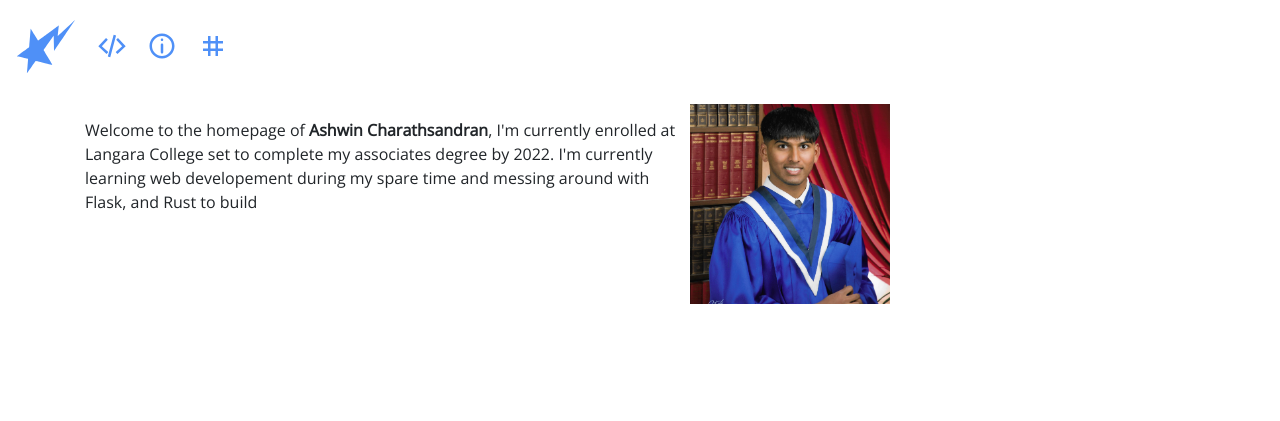
Repository: xxiz/ashwin.lol_flask
Page: http://localhost/
An editor plug-in stored every save of this project. The page is shown before and after the next save, followed by the edit.
The browser window is 1280 px wide. The pictures show the whole page.
The page is served by the project's application, run on Flask 3 (app.py).

Above is the page before, as saved 2021-08-31 17:30:28.

After the next save:
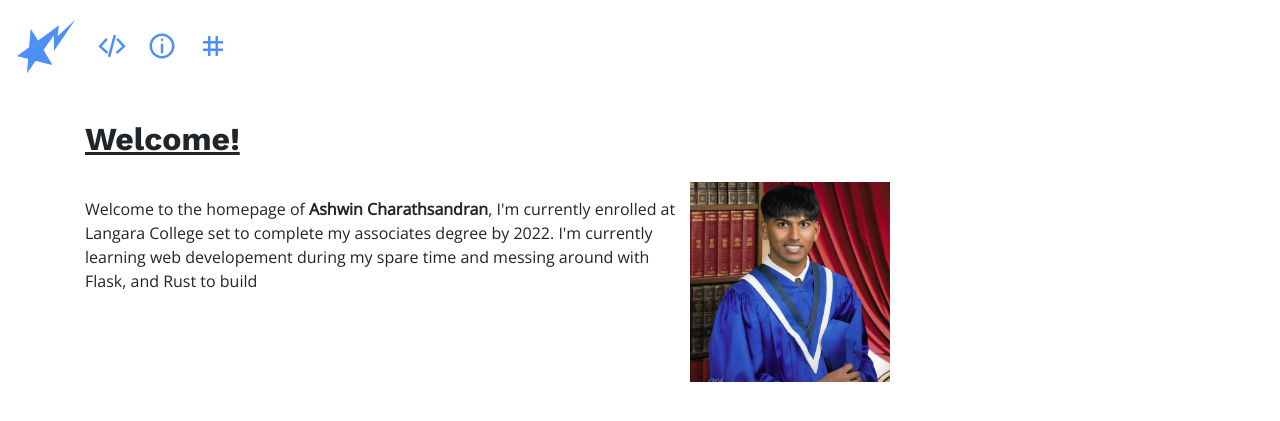
Saved 5 s later.
--- a/templates/index.html
+++ b/templates/index.html
@@ -1,7 +1,7 @@
 {% extends 'base.html'%}
 {% block content %}
 <br>
-    <p class="confined">
-        Welcome to the homepage of <b>Ashwin Charathsandran</b>, I'm currently enrolled at Langara College set to complete my associates degree by 2022. I'm currently learning web developement during my spare time and messing around with Flask, and Rust to build </p>
+    <h1>Welcome!</h1>
+    <p class="confined">Welcome to the homepage of <b>Ashwin Charathsandran</b>, I'm currently enrolled at Langara College set to complete my associates degree by 2022. I'm currently learning web developement during my spare time and messing around with Flask, and Rust to build </p>
     <img class="me" src="/static/me.jpg" alt="A picture of myself">
 {% endblock %}
